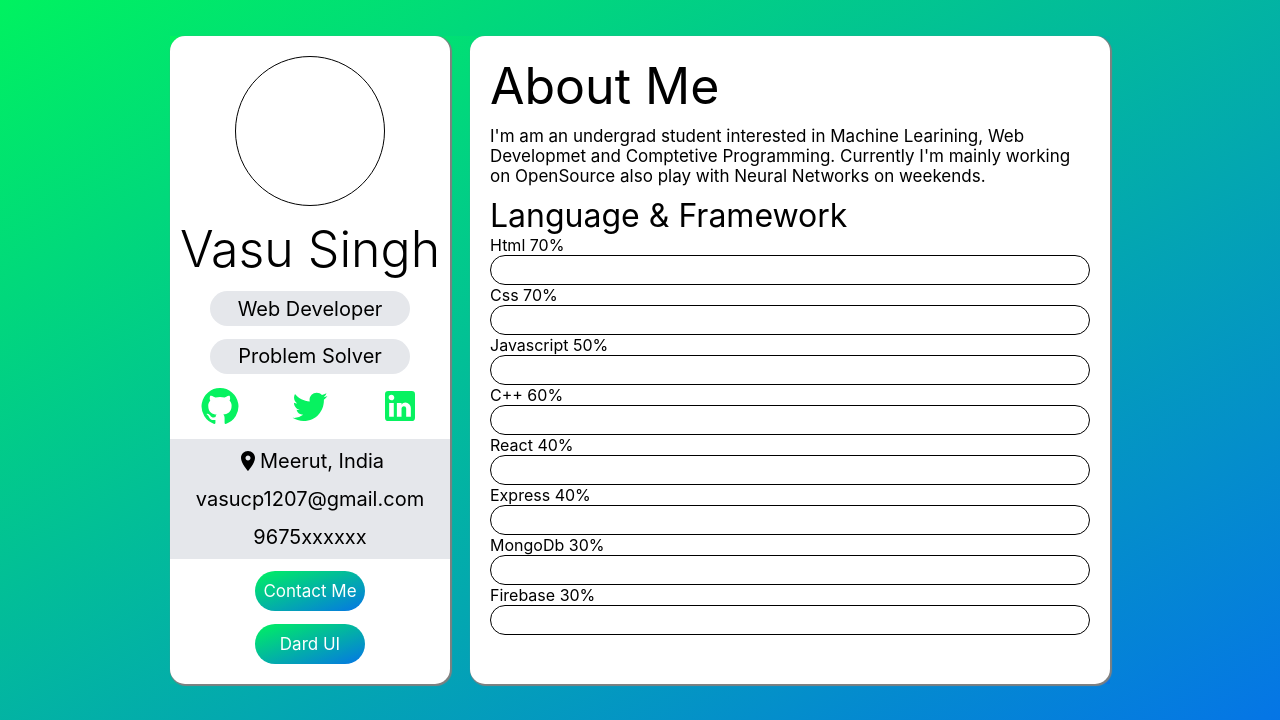
Repository: vasucp1207/grid-port
Page: /about
An editor plug-in stored every save of this project. The page is shown before and after the next save, followed by the edit.
The browser window is 1280 px wide. The pictures show the whole page.
Some web fonts or font styles are not loaded; a fallback is used. The project was rebuilt for these pictures with package versions that can differ from the ones it lists, and the page was loaded fresh each time. Also part of the build but not shown: src/pages/Home.js, src/pages/Projects.js.

Above is the page before, as saved 2022-08-17 01:46:10.

After the next save:
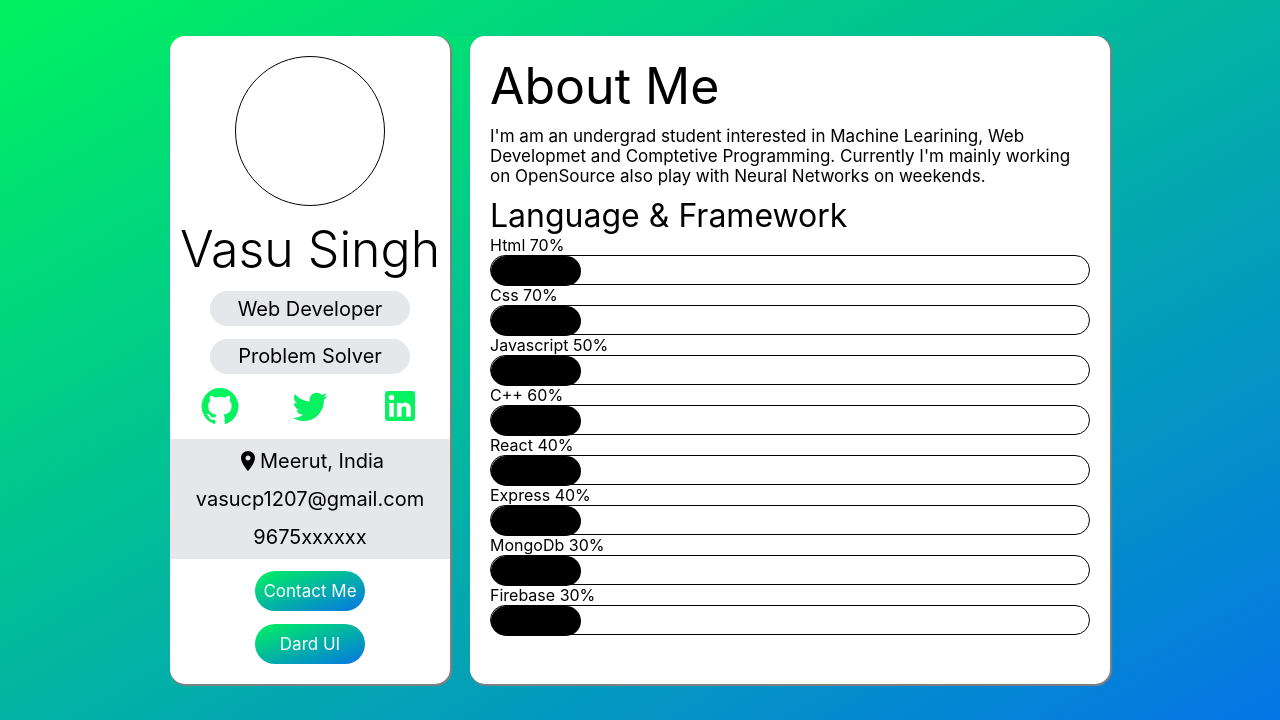
Saved 14 s later.
--- a/src/components/ProgressBar.js
+++ b/src/components/ProgressBar.js
@@ -11,7 +11,7 @@ function ProgressBar({lang, per}) {
                 <div class='c-bar'>
                     {/* <div class='c-fill' per={per}></div> */}
                     <motion.div className='fill'
-                        animate={{x: 90}}
+                        animate={{width: 90}}
                         transition={{duration: 2}}
                     >
                     </motion.div>
